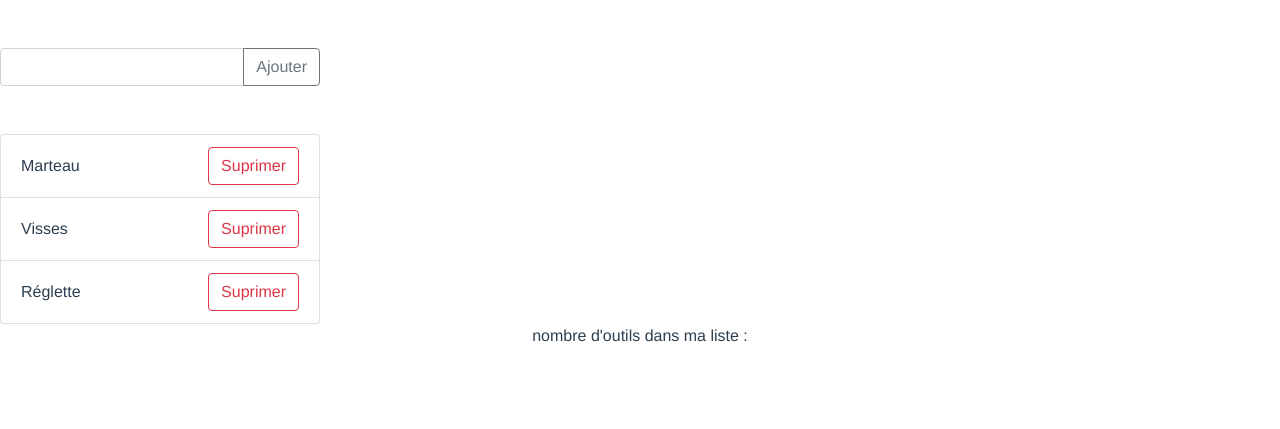
Repository: corentin-e-student/test-vue
Page: /
These files come from the project's save history. The page is drawn as it stood at one moment and after the next save; the edit follows.
The browser window is 1280 px wide. The pictures show the whole page.
The project was rebuilt for these pictures with package versions that can differ from the ones it lists, and the page was loaded fresh each time. Also part of the build but not shown: vue.config.js.

Above is the page before, as saved 2023-02-28 16:06:45.

After the next save:
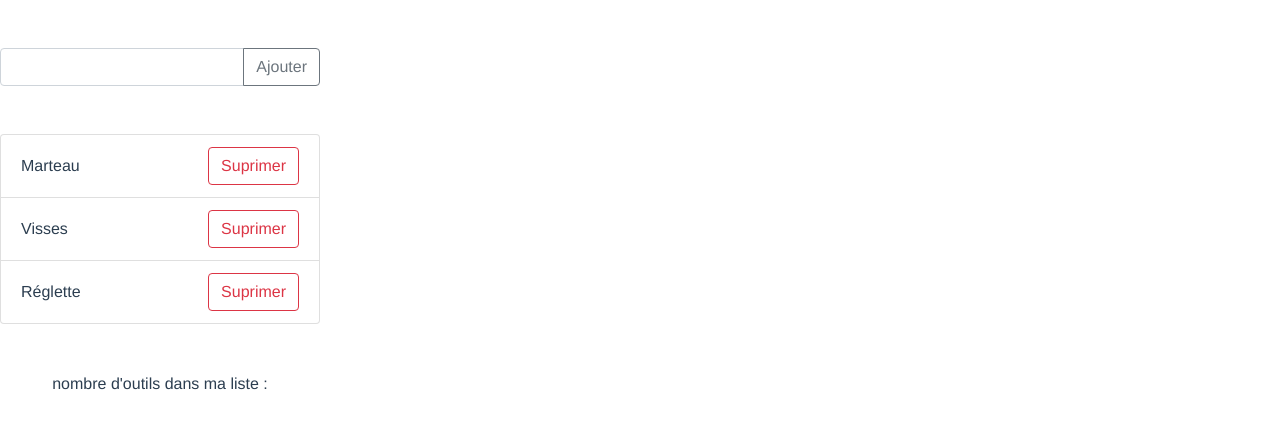
Saved 21 s later.
--- a/src/components/TodoList.vue
+++ b/src/components/TodoList.vue
@@ -11,7 +11,7 @@
                 {{ name }} <b-button variant="outline-danger">Suprimer</b-button>
             </b-list-group-item>
         </b-list-group>
-        <div>
+        <div class="w-25 mt-5">
             <label>nombre d'outils dans ma liste :</label>
         </div>
     </div>
